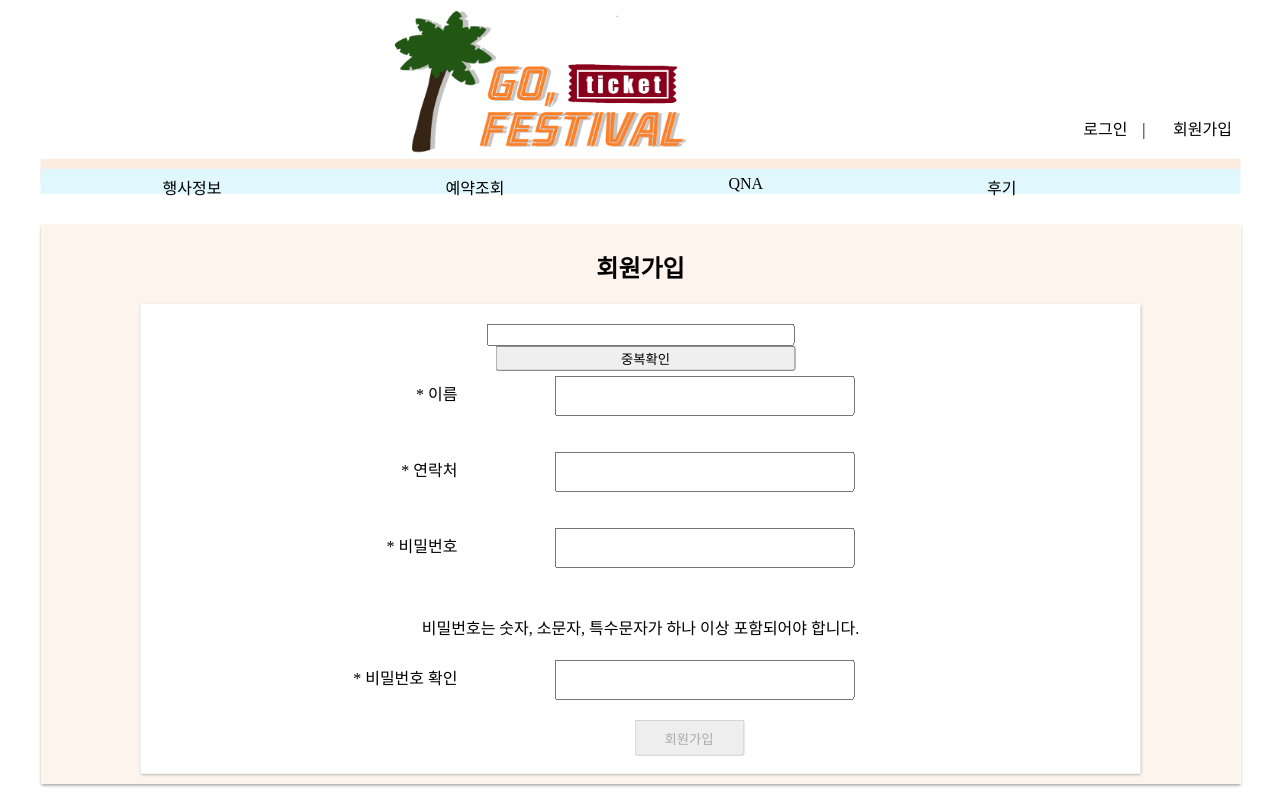
Repository: Changgyu1/Chang_Gu
Page: http://localhost/Project/register.jsp
An editor plug-in stored every save of this project. The page is shown before and after the next save, followed by the edit.
The browser window is 1280 px wide. The pictures show the whole page.
Some web fonts or font styles are not loaded; a fallback is used. The page is served by Tomcat 9. Other server files are loaded and not shown.

Above is the page before, as saved 2023-11-16 05:18:43.

### Project/src/main/webapp/register.jsp
<%@ page language="java" contentType="text/html; charset=UTF-8"
    pageEncoding="UTF-8"%>
<!DOCTYPE html>
<html lang="UTF-8">
<head>
    <meta charset="UTF-8">
    <meta name="viewport" content="width=device-width, initial-scale=1.0">
    <title>예약</title>
    <link rel="stylesheet" type="text/css" href="./css/event.css">
    <style>
        .container {
            width: 50%;
            margin: 0 auto;
            display: flex;
            flex-direction: column;
            align-items: center;
        }

        .label-input-container {
                width: 900px;
            box-sizing: border-box;
            display: flex;
            flex-direction: row;
            align-items: center;
            margin-bottom: 10px;
        }

        .label-input-container label {
            padding: 10px 0;
            width: 20%;
            box-sizing: border-box;
            text-align: right;
        }

        .label-input-container input {
padding: 10px;
    width: 300px;
    box-sizing: border-box;
    margin: -16px -46px 0px 97px;
        }

        .label-input-container .checkButton {
            padding: 10px;
            width: 20%;
            box-sizing: border-box;
        }

        #register-add {
            width: 60%;
        }

        .register-form {
            display: flex;
            flex-direction: column;
            align-items: center;
        }

        .checkButton {
            margin-left: 10px;
        }
        label{
        text-align:left;
            margin: 0px 0px 22px 87px;
        }
        input{
        width: 300px;
        }
        #register-add{
   margin: -11px 0px 0px 97px;
    width: 110px;
    height: 36px;
        }
    </style>
</head>
<body>
    <div id="wrapper">
        <!-- 로고이미지 -->
        <img src="./image/로고1.png" id="logo" onclick="location.href='home.jsp'">
        <!-- 로그인 버튼 -->
        <div style="text-align: right; width: 1215px;">
            <%
            if (session.getAttribute("email") != null) {
            %>
            <button type="button" onclick="location.href='logout.jsp'" style="width: 75px;">로그아웃</button>
            <h>|</h>
            <button type="button" onclick="location.href='mypageServlet?email=<%=session.getAttribute("email")%>'" style="width: 100px;">마이페이지</button>
            <%
            } else {
            %>
            <button type="button" onclick="location.href='login.jsp'" style="width: 60px;">로그인</button>
            <h>|</h>
            <button type="button" onclick="location.href='register.jsp'" style="width: 100px;">회원가입</button>
            <%
            }
            %>
        </div>

        <!-- 메뉴바 -->
        <div id="buttons">
            <ul>
                <li onclick="location.href='review_list.jsp'">후기</li>
                <li onclick="location.href='Qna_List.jsp'">QNA</li>
                <li onclick="location.href='reservation_search.jsp'">예약조회</li>
                <li onclick="location.href='Event_List.jsp'">행사정보</li>
            </ul>
        </div>
        <!-- 가운데 가장 큰 박스 -->
        <div id="background">
            <h2 style="padding-top: 15px">회원가입</h2>
            <!-- 안에 글넣는 하얀 박스 -->
            <div id="reviewbox">
                <!-- 회원가입 -->

                    <div class="container">

                           <form action="registerEmailCheck" method="post">
								<%
										String useremail=request.getParameter("email");
										if(useremail!=null){
									%>
										<input type="email" id="email" name="email" value="<%=request.getParameter("email")%>"
										class="input-reg" required readonly></th>
										<input type="submit" value="중복확인" id="emailCheck" name="emailCheck" class="checkButton" disabled></th>
									<%}else{%>
										<input type="email" id="email" name="email"
											class="input-reg" required ></th>
										<input type="submit" value="중복확인" id="emailCheck" name="emailCheck" class="checkButton" ></th>
										<%} %>

								    </div>



								     </form>
								     <form action="register" method="post" onsubmit="return Check()" class="register-form">
                                <!-- 나머지 입력창에 대한 label-input-container 추가 -->
                                <div class="label-input-container">
                                    <label for="name">* 이름</label>
                                    <input type="text" id="name" name="name" required>
                                </div>
                                <div class="label-input-container">
                                    <label for="phonenumber">* 연락처</label>
                                    <input type="text" id="phonenumber" name="phonenumber" required>
                                </div>
                                <div class="label-input-container">
                                    <label for="password">* 비밀번호</label>
                                    <input type="password" id="password" name="password" required><br>
                                </div>
                                <p>비밀번호는 숫자, 소문자, 특수문자가 하나 이상 포함되어야 합니다.</p>
                                <div class="label-input-container">
                                    <label for="passwordcheck">* 비밀번호 확인</label>
                                    <input type="password" id="passwordcheck" name="passwordcheck" required>
                                </div>
                                <input type="submit" onclick="Check()" value="회원가입" id="register-add" disabled><br>

                        </form>
                    </div>

            </div>
        </div>
    </div>
    <script language="javascript">
        function Check() {
            var password = document.getElementById("password");
            var passwordCheck = document.getElementById("passwordcheck");
            var name = document.getElementById("name");
            var email = document.getElementById("email");

            var passwordCh = RegExp(/^(?=.*?[a-z])(?=.*?[0-9])(?=.*?[~?!@#$%^&*_-]).{8,}$/)
            var nameCh = RegExp(/^[가-힣]+$/);
            var nameKo = /[\s]/g;
            // !password.test(passwordCheck.value) =  test는 passwordCheck.value의 값을 검색해줌
            if (!passwordCh.test(password.value)) {
                alert("비밀번호를 형식에 맞게 적어주세요");
                passwordCheck.value = "";
                passwordCheck.focus();
                return false;
            }

            else if (password.value != passwordCheck.value) {
                alert("비밀번호가 일치하지 않습니다.");
                password.value = "";
                passwordCheck.value = "";
                password.focus();
                return false;
            }

            else if (!nameCh.test(name.value)) {
                alert("이름은 한글로만 입력이 가능합니다.");
                name.value = "";
                name.focus();
                return false;
            }
        };


        function disableEmailInput() {
            var emailInput = document.getElementById("email");
            var emailCheckButton = document.getElementById("emailCheck");

            emailInput.disabled = true;
            emailCheckButton.disabled = true;
        }
    </script>
    </script>
</body>
</html>

### Project/src/main/webapp/css/event.css
@font-face {
    font-family: 'NanumSquareNeo-Variable';
    src: url('https://cdn.jsdelivr.net/gh/projectnoonnu/noonfonts_11-01@1.0/NanumSquareNeo-Variable.woff2') format('woff2');
    font-weight: normal;
    font-style: normal;
}

    *{
    font-family: 'NanumSquareNeo-Variable';
    }

     body{
 	   	 position: absolute;
            padding: 20px;
            top: 50%;
            left: 50%;
            transform: translate(-50%, -50%);
    }



    #logo{
        width:300px;
        margin-left:350px;
        margin-bottom:-56px;
        margin-top:50px;
    }


       #searchbox{
     margin-right:100px;
        }


    #buttons{
        background:rgba(150, 230, 248, 0.295);
        height: 25px;
        width: 1200px;
        box-shadow: 0px -10px 0px rgba(249, 220, 201, 0.575);
        margin-top: 25px;

    }

    button{
        border:none;
        background:none;
        margin: 3px;
        font-size: 16px;
        width: 250px;

    }

    #background{
        background-color:rgba(249, 220, 201, 0.326);
        width: 1200px;
        height: 550px;
        margin-top: 30px;

        box-shadow: 0px 2px 3px rgb(161, 160, 159);
        padding-top:10px;

    }



    #reviewbox{

    	padding-top:20px;
    	max-width: 1000px;
        height: 450px;
        margin-left:auto;
        margin-right:auto;
        background-color: #ffffff;
        text-align:center;
        box-shadow: 0px 1px 3px rgb(161, 160, 159);
        margin-top : 20px;


    }


    #review{
    margin:10px;
    width:700px;
    height:250px;

    }

    #review_title{
    margin:10px;
     width:700px;
    height:30px;

    }



    h2{
    font-family: 'NanumSquareNeo-Variable';
 	margin-top:0px;
    text-align: center;
    }


    #list{

            background-color: rgba(149, 150, 149, 0.055);
            border: 1px solid gray;
            border-collapse: collapse;
            padding: 10px;
            width:900px;
            text-align: center;
            margin-left:auto;
   			margin-right:auto;

        }





        #textbox{
        margin-right:100px;
        }

ul{
		list-style:none;
	}
	li{
		float:right;
		margin: 6px 224px 0px 0;
	}

After the next save:
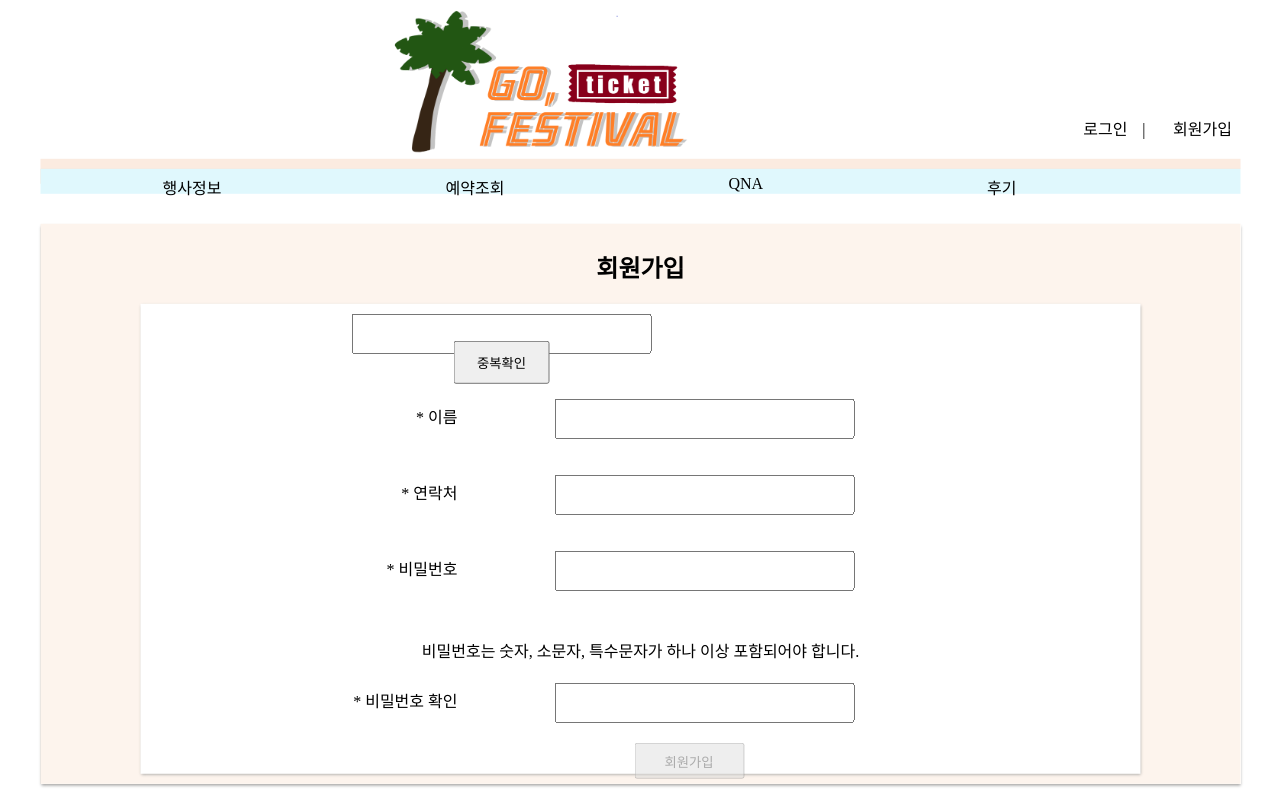
Saved 101 s later.
--- a/Project/src/main/webapp/register.jsp
+++ b/Project/src/main/webapp/register.jsp
@@ -113,16 +113,18 @@ padding: 10px;
 
                     <div class="container">
 
-                           <form action="registerEmailCheck" method="post">
+
+                                 <div class="label-input-container">
+			    <form action="registerEmailCheck" method="post">
 								<%
 										String useremail=request.getParameter("email");
 										if(useremail!=null){
 									%>
-										<input type="email" id="email" name="email" value="<%=request.getParameter("email")%>"
+										<input class="register-input" type="email" id="email" name="email" value="<%=request.getParameter("email")%>"
 										class="input-reg" required readonly></th>
 										<input type="submit" value="중복확인" id="emailCheck" name="emailCheck" class="checkButton" disabled></th>
 									<%}else{%>
-										<input type="email" id="email" name="email"
+										<input class="register-input" type="email" id="email" name="email"
 											class="input-reg" required ></th>
 										<input type="submit" value="중복확인" id="emailCheck" name="emailCheck" class="checkButton" ></th>
 										<%} %>
